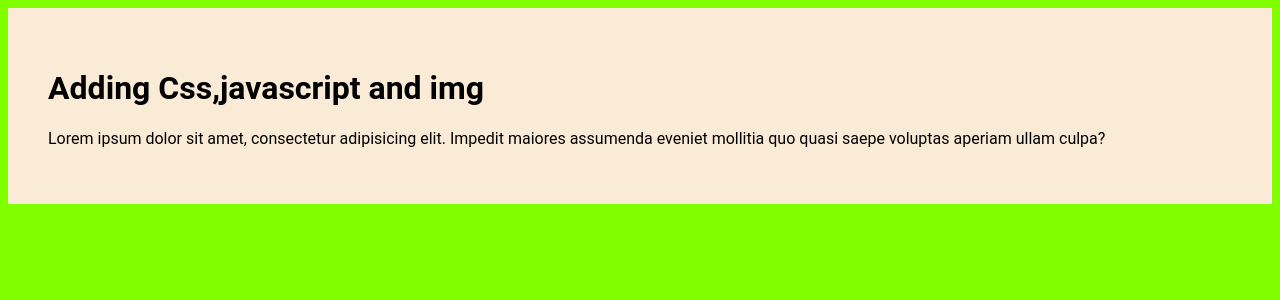
Repository: DeepakKumarSingh27/SprinfgBootYouTProject
Page: http://localhost/example
These files come from the project's save history. The page is drawn as it stood at one moment and after the next save; the edit follows.
The browser window is 1280 px wide. The pictures show the whole page.
The page is this project's Thymeleaf template; nobody is signed in. The template is opened directly, without the code that normally fills it, so the values that code supplies are empty.

Above is the page before, as saved 2023-09-28 08:02:34.

### thtmeleafpractical/src/main/resources/templates/example.html
<!doctype html>
<html lang="en" xmln:th="http://www.thymeleaf.org">
<head>
	<meta charset="UTF-8" />
	<title>Example</title>
	<link rel="stylesheet" href="" th:href="@{/css/mystyle.css}" />
</head>
<body>
	<div class="container">

		<h1>Adding Css,javascript and img</h1>
		<p>Lorem ipsum dolor sit amet,
			 consectetur adipisicing elit.
			  Impedit maiores assumenda eveniet
			   mollitia quo quasi saepe voluptas
			    aperiam ullam culpa?
			    </p>
	</div>
</body>
<script src="" th:src="@{js/myjs.js}">



</script>
</html>

### thtmeleafpractical/src/main/resources/static/css/mystyle.css
body{
	background-color: chartreuse;
}
.container{
	background: antiquewhite;
	padding: 40px;
	font-family: 'Roboto';
}

### thtmeleafpractical/src/main/resources/static/js/myjs.js
console.log("This is message on colsole")
alert("js is activated")

After the next save:
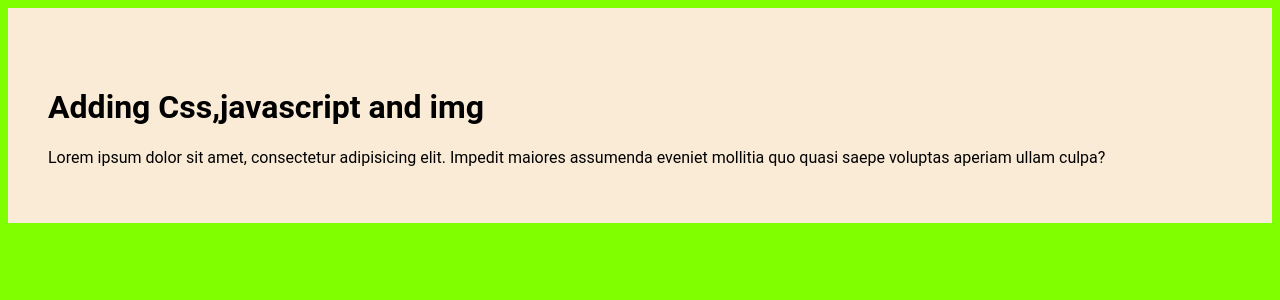
Saved 25 s later.
--- a/thtmeleafpractical/src/main/resources/templates/example.html
+++ b/thtmeleafpractical/src/main/resources/templates/example.html
@@ -7,7 +7,7 @@
 </head>
 <body>
 	<div class="container">
-
+		<img src="" alt="" />
 		<h1>Adding Css,javascript and img</h1>
 		<p>Lorem ipsum dolor sit amet,
 			 consectetur adipisicing elit.
